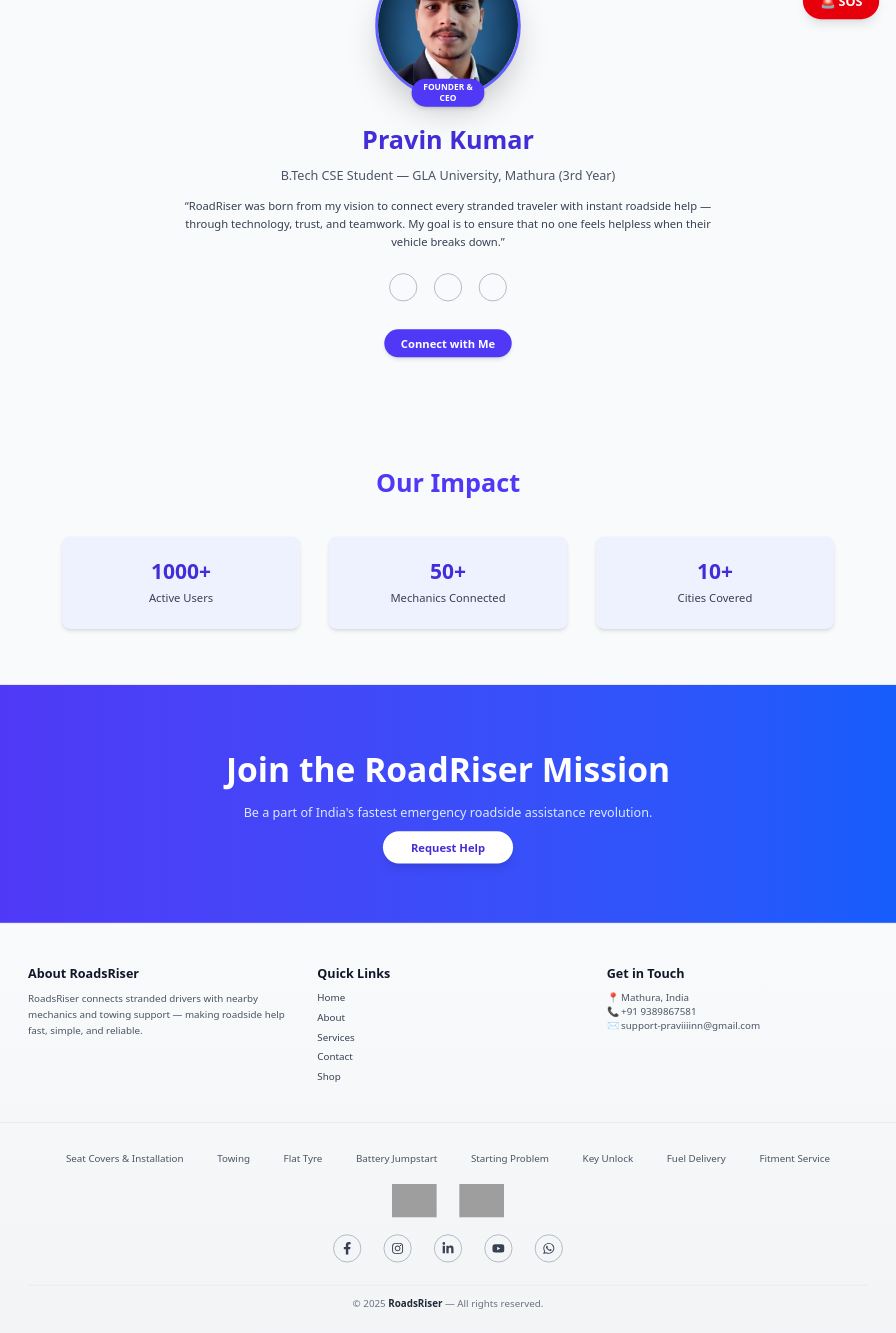
Repository: pravin-8859/ROADSRISER-APP
Page: /about (app in frontend/)
The author's editor kept a copy of each file at every save. The page is drawn from the files as they stood at one save, then again after the next save.
The browser window is 1280 px wide. The pictures show the part of the page from y = 669 to 2589 px (the page is 2573 px tall before and 2589 px after), at 70% of full size.
Pictures or frames that could not be fetched are drawn as grey boxes. The project was rebuilt for these pictures with package versions that can differ from the ones it lists, and the page was loaded fresh each time. Also part of the build but not shown: frontend/vite.config.js, frontend/src/components/MainSection.jsx, frontend/src/pages/Home.jsx, frontend/src/pages/MechanicSearch.jsx, frontend/src/pages/RequestHelp.jsx, frontend/src/pages/Shop.jsx, frontend/src/pages/Services.jsx, frontend/src/pages/Contact.jsx and 18 more.

Above is the page before, as saved 2025-11-19 01:25:33.

### frontend/src/App.jsx
import React from "react";
import { BrowserRouter as Router, Routes, Route, Navigate } from "react-router-dom";
import Navbar from "./components/Navbar";
import Footer from "./components/Footer";
import Home from "./pages/Home"; // keep if exists
import MechanicSearch from "./pages/MechanicSearch";
import RequestHelp from "./pages/RequestHelp";
import Shop from "./pages/Shop";
import About from "./pages/About";
import Services from "./pages/Services";
import Contact from "./pages/Contact";
import UserSignup from "./pages/UserSignup";
import UserLogin from "./pages/UserLogin";
import DashboardUser from "./pages/user/DashboardUser";
import MechanicSignup from "./pages/MechanicSignup";
import MechanicLogin from "./pages/MechanicLogin";
import DashboardMechanic from "./pages/DashboardMechanic"; // full mechanic dashboard demo
import ForgotPassword from "./pages/ForgotPassword";
import ResetPassword from "./pages/ResetPassword";
import ScrollToTop from "./components/ScrollToTop";
import SOSButton from "./components/SOSButton";

export default function App() {
  return (
    <Router>
      <Navbar />
      <div className="pt-16">
        <ScrollToTop />
        <Routes>
          <Route path="/user/signup" element={<UserSignup />} />
          <Route path="/user/login" element={<UserLogin />} />
          <Route path="/user/dashboard" element={<DashboardUser />} />
          <Route path="/auth/mechanic/signup" element={<MechanicSignup />} />
          <Route path="/auth/mechanic/login" element={<MechanicLogin />} />
          <Route path="/mechanic/dashboard" element={<DashboardMechanic />} />
          <Route path="/forgot-password" element={<ForgotPassword />} />
          <Route path="/reset-password/:token" element={<ResetPassword />} />
          <Route path="/about" element={<About />} />
          <Route path="/services" element={<Services />} />
          <Route path="/contact" element={<Contact />} />
          <Route path="/shop" element={<Shop />} />
          <Route path="/mechanic-search" element={<MechanicSearch />} />
          <Route path="/request-help" element={<RequestHelp />} />
          <Route path="/" element={<Home />} />
          <Route path="*" element={<Navigate to="/user/login" />} />
        </Routes>
        <Footer />
        <SOSButton />
      </div>
    </Router>
  );
}

### frontend/src/pages/About.jsx
// src/pages/About.jsx
import React from "react";
import { Link } from "react-router-dom";

// Imported founder picture
import founderImg from "../assets/MyPic.png";
import fbIcon from "../assets/facebook.png";
import igIcon from "../assets/instagram.png";
import lnIcon from "../assets/linkedin.png";

export default function About() {
  return (
    <div className="min-h-screen bg-gray-50 dark:bg-gray-900 text-gray-800 dark:text-gray-100 transition-colors duration-500 pt-24">

      {/* 🌟 Intro Section */}
      <section className="relative flex flex-col items-center justify-center text-center px-6 py-20
        bg-gradient-to-br from-indigo-500/10 via-blue-500/10 to-purple-500/10
        dark:from-indigo-900/20 dark:via-blue-900/10 dark:to-purple-900/20">

        <h1 className="text-4xl md:text-5xl font-extrabold mb-4 tracking-tight">
          About <span className="text-blue-600 dark:text-blue-400">RoadRiser</span>
        </h1>

        <p className="text-lg md:text-xl max-w-2xl text-gray-700 dark:text-gray-300 leading-relaxed">
          RoadRiser is built to make roadside emergency help instant, easy, and reliable —
          anytime, anywhere.
        </p>

        <Link
          to="/contact"
          className="mt-6 inline-block bg-gradient-to-r from-indigo-600 to-blue-500
          text-white px-8 py-3 rounded-full font-semibold shadow-md hover:scale-105
          transition-transform duration-300"
        >
          Contact Us
        </Link>
      </section>


      {/* 👤 Founder & CEO Section */}
<section className="max-w-6xl mx-auto py-20 px-6 text-center flex flex-col items-center space-y-10">
  <div className="relative">
    <img
      src={founderImg}
      alt="Founder"
      className="w-52 h-52 object-cover rounded-full shadow-2xl border-4 border-indigo-500 dark:border-indigo-400 hover:scale-105 transition-transform duration-500"
    />
    <div className="absolute -bottom-3 left-1/2 transform -translate-x-1/2 bg-indigo-600 text-white text-xs uppercase font-semibold px-3 py-1 rounded-full shadow-md">
      Founder & CEO
    </div>
  </div>

  {/* Founder Info */}
  <div className="max-w-3xl text-center space-y-4">
    <h2 className="text-3xl md:text-4xl font-bold text-indigo-700 dark:text-indigo-400">
      Pravin Kumar
    </h2>
    <p className="text-gray-600 dark:text-gray-400 text-lg">
      B.Tech CSE Student — GLA University, Mathura (3rd Year)
    </p>
    <p className="text-gray-700 dark:text-gray-300 leading-relaxed">
      “RoadRiser was born from my vision to connect every stranded traveler with instant roadside help —
      through technology, trust, and teamwork. My goal is to ensure that no one feels helpless when their vehicle breaks down.”
    </p>

    {/* 🌐 Social Icons */}
<div className="flex justify-center gap-6 pt-4">
  <a
    href="https://www.facebook.com/share/1FaUBUAXFc/"
    target="_blank"
    rel="noopener noreferrer"
    className="w-10 h-10 flex items-center justify-center rounded-full border border-gray-400 dark:border-gray-600 text-gray-600 dark:text-gray-300 hover:text-blue-500 hover:border-blue-500 transition-all duration-300"
  >
    <i className="fab fa-facebook-f"></i>
  </a>

  <a
    href="https://www.instagram.com/pravinn._07?igsh=NHN6NTV6Zjh5ZW40"
    target="_blank"
    rel="noopener noreferrer"
    className="w-10 h-10 flex items-center justify-center rounded-full border border-gray-400 dark:border-gray-600 text-gray-600 dark:text-gray-300 hover:text-pink-500 hover:border-pink-500 transition-all duration-300"
  >
    <i className="fab fa-instagram"></i>
  </a>

  <a
    href="https://www.linkedin.com/in/pravin9389"
    target="_blank"
    rel="noopener noreferrer"
    className="w-10 h-10 flex items-center justify-center rounded-full border border-gray-400 dark:border-gray-600 text-gray-600 dark:text-gray-300 hover:text-blue-600 hover:border-blue-600 transition-all duration-300"
  >
    <i className="fab fa-linkedin-in"></i>
  </a>
</div>


    {/* Connect Button */}
    <div className="pt-6">
      <Link
        to="/contact"
        className="inline-block bg-indigo-600 hover:bg-indigo-700 text-white font-semibold px-6 py-2 rounded-full shadow-md hover:shadow-lg transition-transform hover:scale-105"
      >
        Connect with Me
      </Link>
    </div>
  </div>
</section>


      {/* Impact Section */}
      <section className="max-w-6xl mx-auto py-20 px-6 text-center">
        <h2 className="text-3xl md:text-4xl font-bold mb-14 text-indigo-600 dark:text-indigo-400">
          Our Impact
        </h2>

        <div className="grid grid-cols-1 md:grid-cols-3 gap-10">
          {[
            { count: "1000+", label: "Active Users" },
            { count: "50+", label: "Mechanics Connected" },
            { count: "10+", label: "Cities Covered" },
          ].map((item, i) => (
            <div
              key={i}
              className="bg-indigo-50 dark:bg-gray-800 p-8 rounded-xl shadow-md hover:scale-105 transition-transform"
            >
              <h3 className="text-3xl font-bold text-indigo-700 dark:text-indigo-300 mb-2">
                {item.count}
              </h3>
              <p className="text-gray-700 dark:text-gray-300">{item.label}</p>
            </div>
          ))}
        </div>
      </section>


      {/* CTA Section */}
      <section className="text-center py-24 bg-gradient-to-r from-indigo-600 to-blue-600
        dark:from-gray-900 dark:to-gray-800 text-white">

        <h2 className="text-4xl md:text-5xl font-extrabold mb-6">
          Join the RoadRiser Mission
        </h2>

        <p className="max-w-2xl mx-auto text-lg mb-6 text-blue-100 dark:text-gray-300">
          Be a part of India's fastest emergency roadside assistance revolution.
        </p>

        <Link
          to="/request-help"
          className="bg-white text-indigo-700 dark:bg-indigo-600 dark:text-white
          font-semibold px-10 py-3 rounded-full shadow-lg hover:scale-105 transition"
        >
          Request Help
        </Link>
      </section>

    </div>
  );
}

### frontend/src/components/ScrollToTop.jsx
import { useEffect } from "react";
import { useLocation } from "react-router-dom";

export default function ScrollToTop() {
  const { pathname } = useLocation();

  useEffect(() => {
    window.scrollTo({
      top: 0,
      behavior: "smooth", // ya "auto" agar instant jump chahiye
    });
  }, [pathname]);

  return null;
}

### frontend/src/components/SOSButton.jsx
import { useState } from "react";
import { useNavigate } from "react-router-dom";

export default function SOSButton() {
  const [loading, setLoading] = useState(false);
  const [message, setMessage] = useState("");
  const navigate = useNavigate();

  // Example: token check (you can replace with your auth state or context)
  const isLoggedIn = !!localStorage.getItem("token"); // token stored on login

  const sendSOS = async () => {
    if (!isLoggedIn) {
      alert("⚠️ Please login first to request help.");
      navigate("/auth"); // redirect to login/signup page
      return;
    }

    setLoading(true);
    setMessage("");

    try {
      // Optionally, get live location
      navigator.geolocation.getCurrentPosition(async (pos) => {
        const { latitude, longitude } = pos.coords;

        const response = await fetch("http://localhost:5000/api/report/sos", {
          method: "POST",
          headers: {
            "Content-Type": "application/json",
            Authorization: `Bearer ${localStorage.getItem("token")}`,
          },
          body: JSON.stringify({
            latitude,
            longitude,
            type: "Emergency SOS",
          }),
        });

        if (response.ok) {
          setMessage("🚨 SOS request sent successfully!");
        } else {
          setMessage("❌ Failed to send SOS request.");
        }
        setLoading(false);
      });
    } catch (err) {
      setMessage("⚠️ Error getting location or sending request.");
      setLoading(false);
    }
  };

  return (
    <>
      {/* Floating SOS Button */}
      <button
        onClick={sendSOS}
        disabled={loading}
        className={`fixed bottom-6 right-6 z-50 px-6 py-3 rounded-full shadow-lg text-white font-bold text-lg transition-all ${
          loading ? "bg-gray-400 cursor-not-allowed" : "bg-red-600 hover:bg-red-700"
        }`}
      >
        {loading ? "Sending..." : "🚨 SOS"}
      </button>

      {/* Response message */}
      {message && (
        <div className="fixed bottom-20 right-6 bg-white border border-gray-300 shadow-md p-3 rounded-md text-gray-800 text-sm">
          {message}
        </div>
      )}
    </>
  );
}

Loaded but not shown: frontend/index.html (common file); frontend/src/main.jsx (common file); frontend/src/index.css (common file); frontend/src/components/Navbar.jsx (194 lines, source omitted); frontend/src/components/Footer.jsx (59 lines, source omitted)

After the next save:
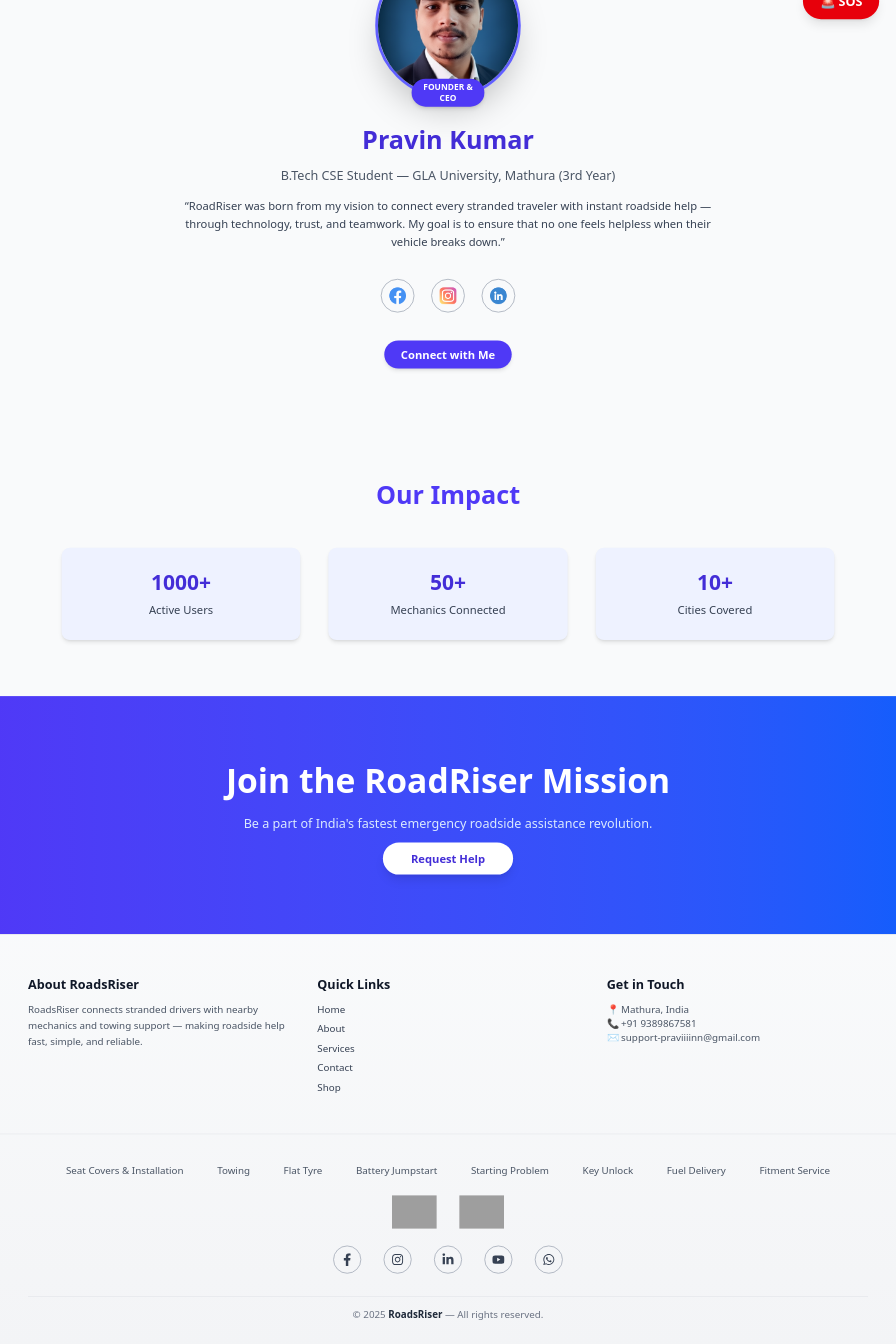
Saved 39 s later.
--- a/frontend/src/pages/About.jsx
+++ b/frontend/src/pages/About.jsx
@@ -64,34 +64,50 @@
     </p>
 
     {/* 🌐 Social Icons */}
-<div className="flex justify-center gap-6 pt-4">
+<div className="flex justify-center gap-6 pt-6">
+  {/* Facebook */}
   <a
     href="https://www.facebook.com/share/1FaUBUAXFc/"
     target="_blank"
     rel="noopener noreferrer"
-    className="w-10 h-10 flex items-center justify-center rounded-full border border-gray-400 dark:border-gray-600 text-gray-600 dark:text-gray-300 hover:text-blue-500 hover:border-blue-500 transition-all duration-300"
+    className="w-12 h-12 flex items-center justify-center rounded-full border border-gray-400 dark:border-gray-600 bg-transparent hover:border-blue-500 hover:shadow-[0_0_10px_rgba(59,130,246,0.4)] transition-all duration-300"
   >
-    <i className="fab fa-facebook-f"></i>
+    <img
+      src={require("../assets/facebook.png")}
+      alt="Facebook"
+      className="w-6 h-6 object-contain opacity-80 hover:opacity-100 transition-opacity duration-300"
+    />
   </a>
 
+  {/* Instagram */}
   <a
     href="https://www.instagram.com/pravinn._07?igsh=NHN6NTV6Zjh5ZW40"
     target="_blank"
     rel="noopener noreferrer"
-    className="w-10 h-10 flex items-center justify-center rounded-full border border-gray-400 dark:border-gray-600 text-gray-600 dark:text-gray-300 hover:text-pink-500 hover:border-pink-500 transition-all duration-300"
+    className="w-12 h-12 flex items-center justify-center rounded-full border border-gray-400 dark:border-gray-600 bg-transparent hover:border-pink-500 hover:shadow-[0_0_10px_rgba(236,72,153,0.4)] transition-all duration-300"
   >
-    <i className="fab fa-instagram"></i>
+    <img
+      src={require("../assets/instagram.png")}
+      alt="Instagram"
+      className="w-6 h-6 object-contain opacity-80 hover:opacity-100 transition-opacity duration-300"
+    />
   </a>
 
+  {/* LinkedIn */}
   <a
     href="https://www.linkedin.com/in/pravin9389"
     target="_blank"
     rel="noopener noreferrer"
-    className="w-10 h-10 flex items-center justify-center rounded-full border border-gray-400 dark:border-gray-600 text-gray-600 dark:text-gray-300 hover:text-blue-600 hover:border-blue-600 transition-all duration-300"
+    className="w-12 h-12 flex items-center justify-center rounded-full border border-gray-400 dark:border-gray-600 bg-transparent hover:border-blue-600 hover:shadow-[0_0_10px_rgba(37,99,235,0.4)] transition-all duration-300"
   >
-    <i className="fab fa-linkedin-in"></i>
+    <img
+      src={require("../assets/linkedin.png")}
+      alt="LinkedIn"
+      className="w-6 h-6 object-contain opacity-80 hover:opacity-100 transition-opacity duration-300"
+    />
   </a>
 </div>
+
 
 
     {/* Connect Button */}

After the save that followed:
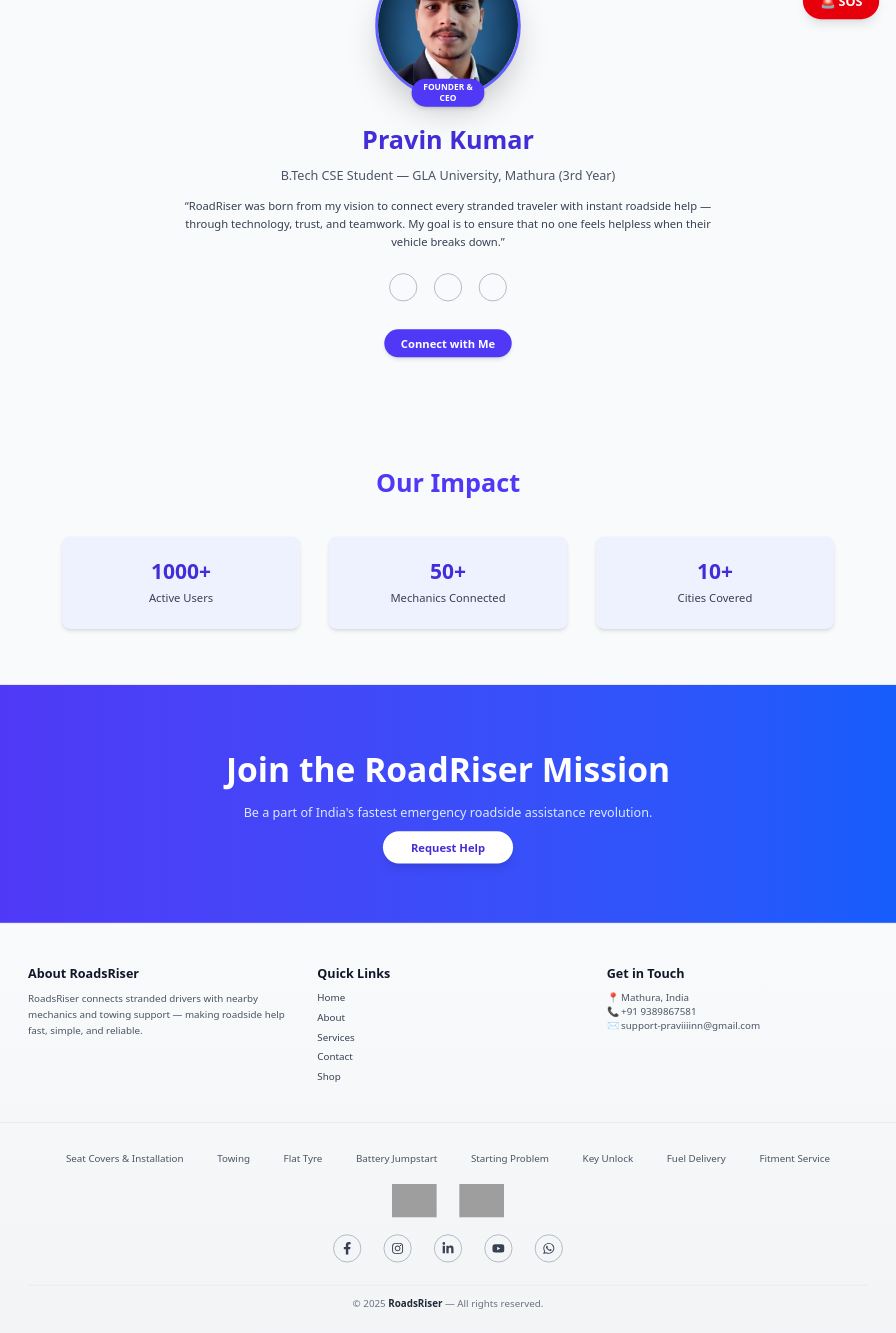
Saved 24 s later.
--- a/frontend/src/pages/About.jsx
+++ b/frontend/src/pages/About.jsx
@@ -64,50 +64,34 @@
     </p>
 
     {/* 🌐 Social Icons */}
-<div className="flex justify-center gap-6 pt-6">
-  {/* Facebook */}
+<div className="flex justify-center gap-6 pt-4">
   <a
     href="https://www.facebook.com/share/1FaUBUAXFc/"
     target="_blank"
     rel="noopener noreferrer"
-    className="w-12 h-12 flex items-center justify-center rounded-full border border-gray-400 dark:border-gray-600 bg-transparent hover:border-blue-500 hover:shadow-[0_0_10px_rgba(59,130,246,0.4)] transition-all duration-300"
+    className="w-10 h-10 flex items-center justify-center rounded-full border border-gray-400 dark:border-gray-600 text-gray-600 dark:text-gray-300 hover:text-blue-500 hover:border-blue-500 transition-all duration-300"
   >
-    <img
-      src={require("../assets/facebook.png")}
-      alt="Facebook"
-      className="w-6 h-6 object-contain opacity-80 hover:opacity-100 transition-opacity duration-300"
-    />
+    <i className="fab fa-facebook-f"></i>
   </a>
 
-  {/* Instagram */}
   <a
     href="https://www.instagram.com/pravinn._07?igsh=NHN6NTV6Zjh5ZW40"
     target="_blank"
     rel="noopener noreferrer"
-    className="w-12 h-12 flex items-center justify-center rounded-full border border-gray-400 dark:border-gray-600 bg-transparent hover:border-pink-500 hover:shadow-[0_0_10px_rgba(236,72,153,0.4)] transition-all duration-300"
+    className="w-10 h-10 flex items-center justify-center rounded-full border border-gray-400 dark:border-gray-600 text-gray-600 dark:text-gray-300 hover:text-pink-500 hover:border-pink-500 transition-all duration-300"
   >
-    <img
-      src={require("../assets/instagram.png")}
-      alt="Instagram"
-      className="w-6 h-6 object-contain opacity-80 hover:opacity-100 transition-opacity duration-300"
-    />
+    <i className="fab fa-instagram"></i>
   </a>
 
-  {/* LinkedIn */}
   <a
     href="https://www.linkedin.com/in/pravin9389"
     target="_blank"
     rel="noopener noreferrer"
-    className="w-12 h-12 flex items-center justify-center rounded-full border border-gray-400 dark:border-gray-600 bg-transparent hover:border-blue-600 hover:shadow-[0_0_10px_rgba(37,99,235,0.4)] transition-all duration-300"
+    className="w-10 h-10 flex items-center justify-center rounded-full border border-gray-400 dark:border-gray-600 text-gray-600 dark:text-gray-300 hover:text-blue-600 hover:border-blue-600 transition-all duration-300"
   >
-    <img
-      src={require("../assets/linkedin.png")}
-      alt="LinkedIn"
-      className="w-6 h-6 object-contain opacity-80 hover:opacity-100 transition-opacity duration-300"
-    />
+    <i className="fab fa-linkedin-in"></i>
   </a>
 </div>
-
 
 
     {/* Connect Button */}
